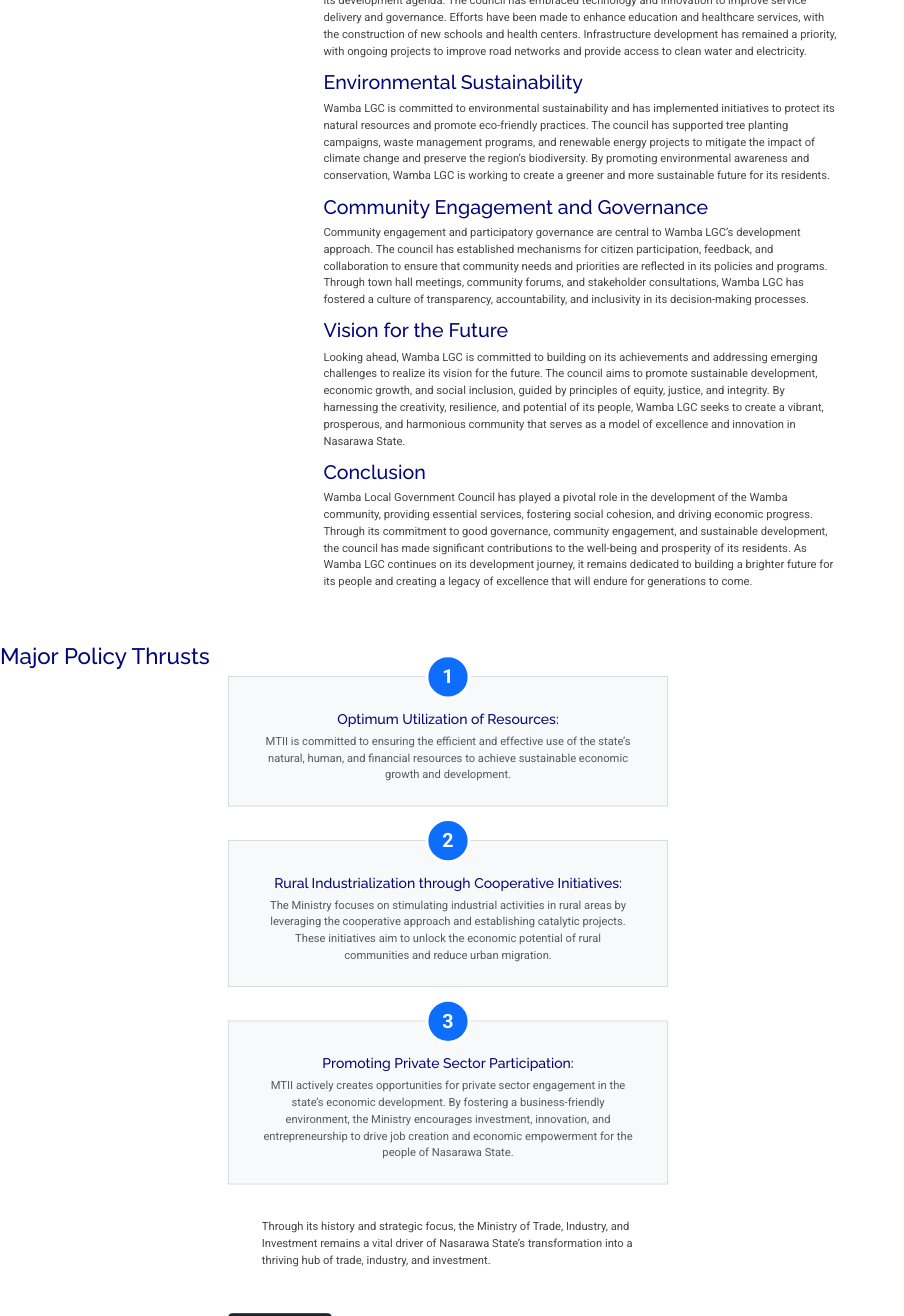
Repository: GlorifiedIntel/wamba-lgc
Page: wamba-history.html
These files come from the project's save history. The page is drawn as it stood at one moment and after the next save; the edit follows.
The browser window is 1280 px wide. The page is 1292 px wide, so the pictures cover 1292 px, including what lies to the right of the window. The pictures show the part of the page from y = 1420 to 3300 px (the page is 3821 px tall), at 70% of full size.

Above is the page before, as saved 2025-02-06 02:56:33.
Console error: TypeError: Cannot read properties of null (reading 'click')

After the next save:
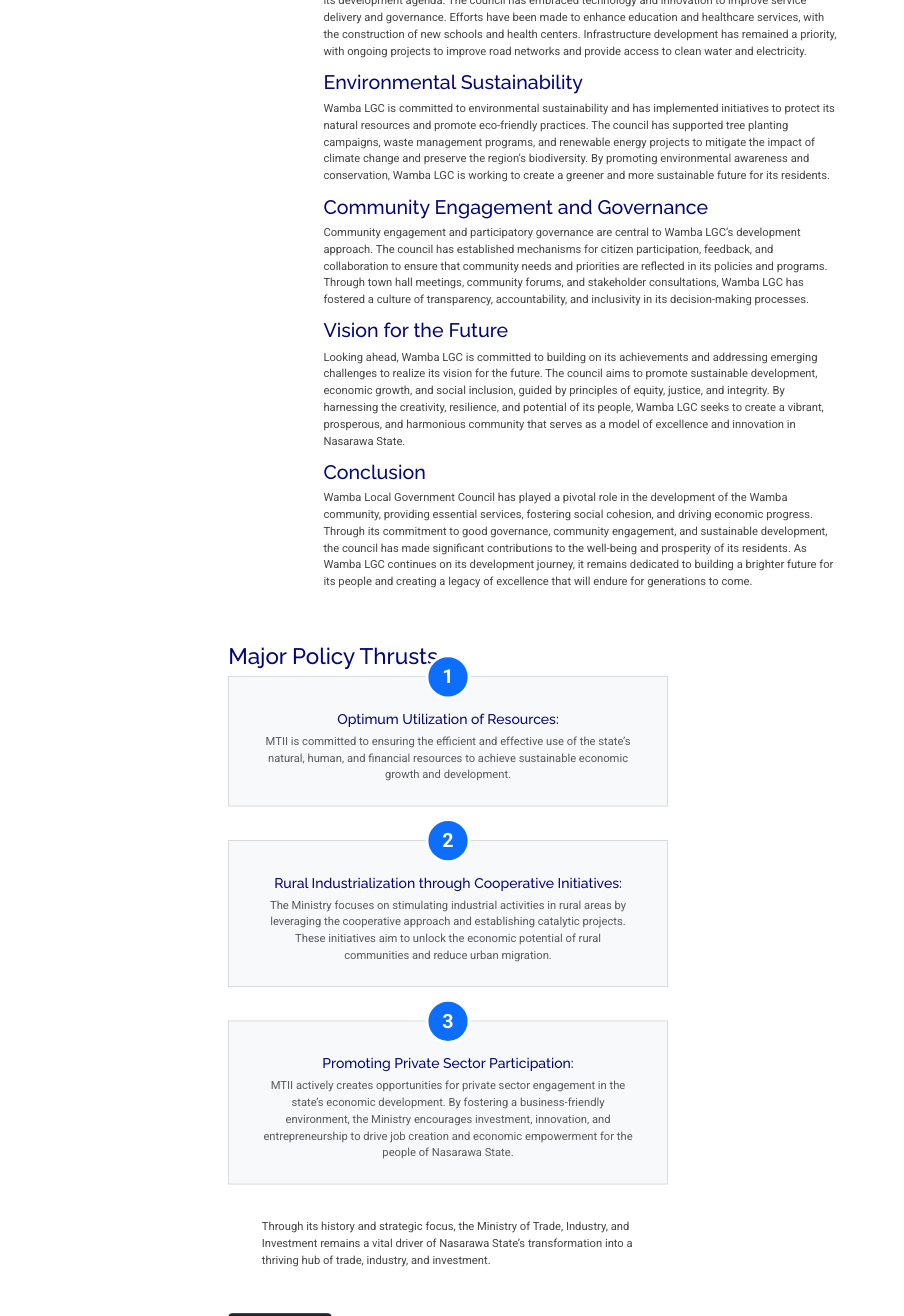
Saved 30 s later.
--- a/wamba-history.html
+++ b/wamba-history.html
@@ -164,11 +164,12 @@
         </div>
     </section><!-- /Starter Section Section -->
     <div>
-      <h2>Major Policy Thrusts</h2>
+
     </div>
     <div class="row justify-content-center">
 			<div class="col-md-6">
 				<!-- Step -->
+        <h2>Major Policy Thrusts</h2>
 				<div class="card rounded-0 text-center p-3 bg-light px-5 mb-5">
 					<div class="d-flex rounded-circle mx-auto align-items-center justify-content-center text-white fs-3 fw-bold bg-primary border border-white border-4" style="width: 4rem; height:4rem; margin-top: -3rem;">
 						1

After the 2 saves that followed:
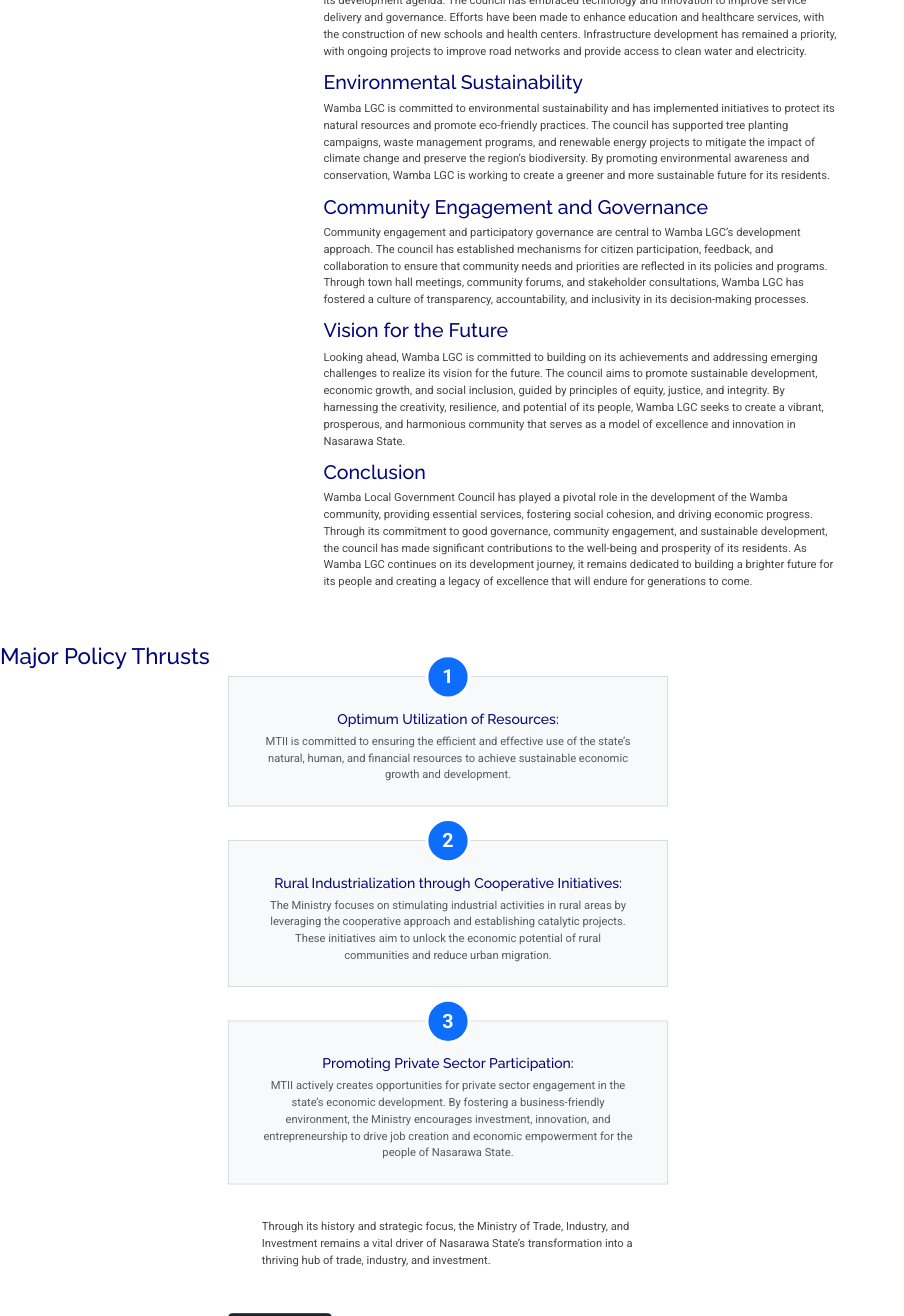
The 2 saves are shown as one change because 1 left the picture as it was.
The last was saved 32 s later.
--- a/wamba-history.html
+++ b/wamba-history.html
@@ -163,13 +163,12 @@
                 </div>
         </div>
     </section><!-- /Starter Section Section -->
-    <div>
-
-    </div>
+
     <div class="row justify-content-center">
+      <h2>Major Policy Thrusts</h2>
 			<div class="col-md-6">
 				<!-- Step -->
-        <h2>Major Policy Thrusts</h2>
+
 				<div class="card rounded-0 text-center p-3 bg-light px-5 mb-5">
 					<div class="d-flex rounded-circle mx-auto align-items-center justify-content-center text-white fs-3 fw-bold bg-primary border border-white border-4" style="width: 4rem; height:4rem; margin-top: -3rem;">
 						1
